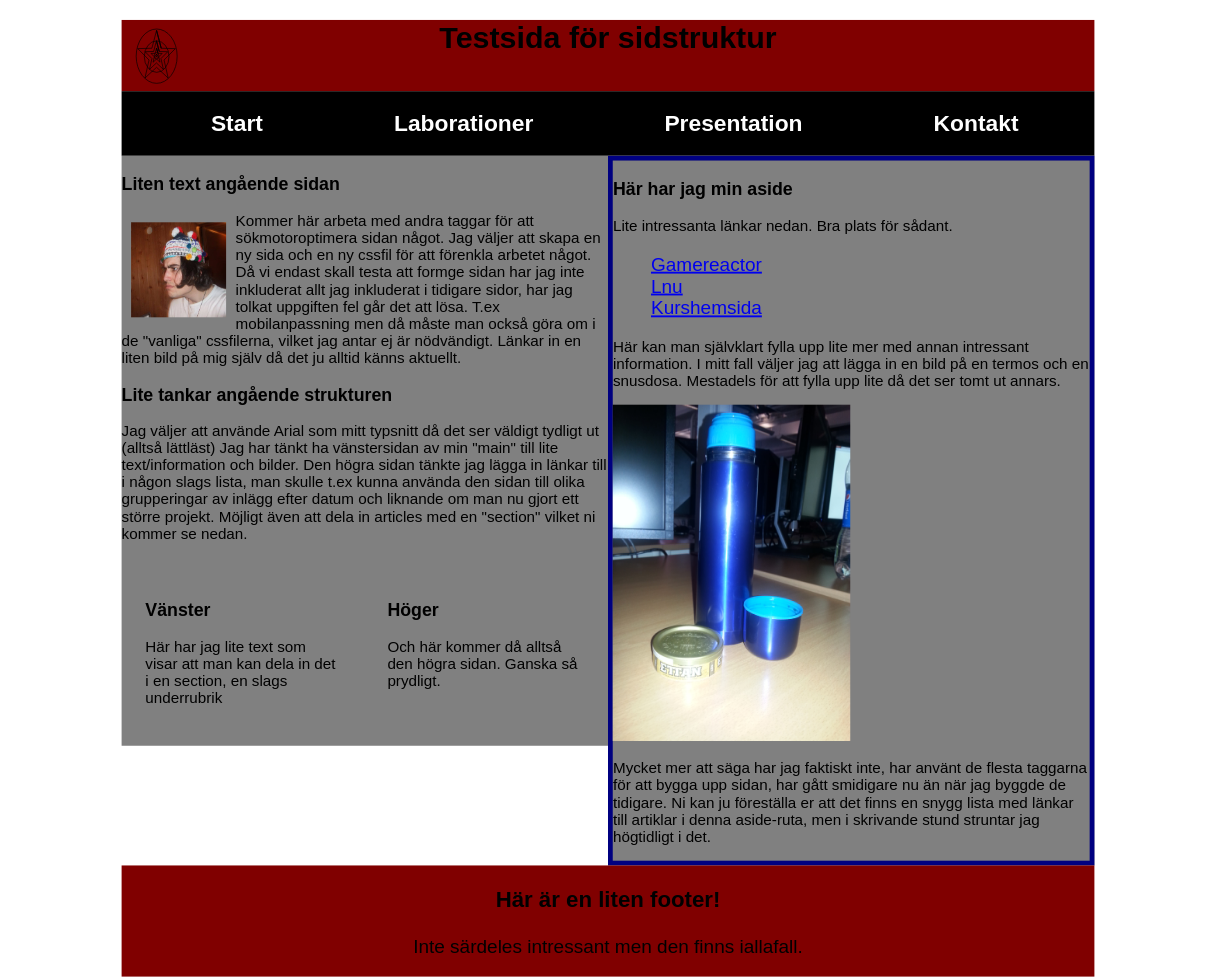
Repository: ao222qc/1IK415_ao222qc_copycat
Page: pages/testsida.html
The author's editor kept a record of every edit. The page is drawn from the files as they stood at one moment, then again after the next edit.
The browser window is 1280 px wide. The pictures show the whole page, at 95% of full size.

Above is the page before.

### pages/testsida.html
<!doctype html>
<html lang="sv">
    <head>
        <meta charset = "utf-8">
        <title>Bloggindex</title>
        <link rel="stylesheet" href="../pics/css/testsida.css" media="screen">
        <link rel="stylesheet" href="../pics/css/print.css" media="print">
        <link rel="stylesheet" href="../pics/css/mobile.css" media="screen and (max-device-width: 480px") />
        <meta content='width=device-width; initial-scale=1.0; maximum-scale=1.0; user-scalable=0;' name='viewport' />
        <link rel="icon"  type="image/x-icon" href="/pics/fav.ico" />
        <link rel="shortcut icon" href="/pics/iosicon.png"/>
         <link rel="apple-touch-icon" href="/pics/iosicon.png"/>
    </head>
<body>
    <Header>
        <h1>Testsida för sidstruktur</h1>
    </Header>
    <Nav>
            <ul>
            <li><a class="index" href="../index.html">Start</a></li>
            <li><a class="laborationer" href="laborationer.html">Laborationer</a></li>
            <li class="active"><a class="presentation" href="presentation.html">Presentation</a></li>
            <li><a class="kontakt" href="kontakt.html">Kontakt</a></li>
            </ul>
    </Nav>


    <Main>
    <Article>
    <h3>Liten text angående sidan</h3>
    <img class="left" src="../pics/labbild.jpg" height=100px width = 100px alt=""/>
    <p>Kommer här arbeta med andra taggar för att sökmotoroptimera sidan något.
       Jag väljer att skapa en ny sida och en ny cssfil för att förenkla arbetet något.
       Då vi endast skall testa att formge sidan har jag inte inkluderat allt jag inkluderat
       i tidigare sidor, har jag tolkat uppgiften fel går det att lösa. T.ex mobilanpassning
       men då måste man också göra om i de "vanliga" cssfilerna, vilket jag antar ej är nödvändigt.
       Länkar in en liten bild på mig själv då det ju alltid känns aktuellt.
    </p>


    <h3>Lite tankar angående strukturen</h3>
    <p>Jag väljer att använde Arial som mitt typsnitt då det ser väldigt tydligt ut (alltså lättläst)
       Jag har tänkt ha vänstersidan av min "main" till lite text/information och bilder. Den högra sidan
       tänkte jag lägga in länkar till i någon slags lista, man skulle t.ex kunna använda den sidan till
       olika grupperingar av inlägg efter datum och liknande om man nu gjort ett större projekt. Möjligt
       även att dela in articles med en "section" vilket ni kommer se nedan.
       <Section>
       <h3>Vänster</h3>
           <p>Här har jag lite text som visar att man kan dela in det i en section, en slags underrubrik</p>
       </Section>
       <Section>
       <h3>Höger</h3>
           <p>Och här kommer då alltså den högra sidan. Ganska så prydligt.</p>
       </Section>
    </p>
    </Article>
<Aside>
<h3>Här har jag min aside</h3>
<p>Lite intressanta länkar nedan. Bra plats för sådant.</p>
    <ul>
    <a href="http://www.gamereactor.se/">Gamereactor</a>
    <a href="http://lnu.se/">Lnu</a>
    <a href="https://coursepress.lnu.se/">Kurshemsida</a>
    </ul>

    <p>Här kan man självklart fylla upp lite mer med annan intressant information.
        I mitt fall väljer jag att lägga in en bild på en termos och en snusdosa.
        Mestadels för att fylla upp lite då det ser tomt ut annars.
    </p>
    <img class="right" src="../pics/bloggbild.jpg" height=354px width=250px alt=""/>
    <p>Mycket mer att säga har jag faktiskt inte, har använt de flesta taggarna för
        att bygga upp sidan, har gått smidigare nu än när jag byggde de tidigare.
        Ni kan ju föreställa er att det finns en snygg lista med länkar till artiklar
        i denna aside-ruta, men i skrivande stund struntar jag högtidligt i det.
    </p>
</Aside>
<Footer>
    <h3>Här är en liten footer!</h3>
    <p>Inte särdeles intressant men den finns iallafall.</p>
</Footer>

















    </Main>
</body>

### pics/css/testsida.css
body
{
    margin: 0 auto;
    width:1024px;
    height:auto;
    font-family:Arial;
}
Header
{
    text-align:center;
    background-color:Maroon;
    height:75px;
    background-image: url("../vektorgrafik.svg");
    background-size:75px 75px;
    background-repeat:no-repeat;
}
Nav
{
    font-size: 150%;
    font-weight: bold;
    background-color: black;
    width:1024px;
    display:block;
    float:left;
}
    Nav ul
    {
    list-style-type: none;
    margin: 0;
    padding: 0;
    }

    Nav ul li a
    {
    text-decoration: none;
    padding: 24px 24px;
    color: white;
    text-align:center;
    }

Nav ul li
{
    float:left;
    margin:20px;
    margin-left:70px;
}
Nav ul li a:hover
{
  color:Maroon;
}


Main
{
    margin: 0 auto;
    float:left;
}
Article
{
    float:left;
    width:50%;
    height:auto;
    background-color:gray;
}
Section
{
    width:40%;
    float:left;
    margin:25px;
}
.left
{
    margin:5px;
    padding:5px;
    float:left;
}
Aside
{
    width:49%;
    float:right;
    background-color:Gray;
    border-style:solid;
    border-color:Navy;
    border-width:5px;
    height:auto;
}
Aside ul
{

    width:1%;
    font-size:125%;
    text-decoration:none;

}
Aside ul li
{
    width:50px;
    float:left;
    padding:30px;
    margin:25px;
}
Footer
{
    font-size:125%;
    float:left;
    width:100%;
    background-color:Maroon;
    text-align:center;
}

### pics/css/print.css
body
{
  color : #000000;
  background : #ffffff;
  font-family : "Times New Roman", Times, serif;
  font-size : 12pt;
}
#navigation
{
    display: none;
}
img
{
    display:none;
    visibility: hidden;
}

a:link:after,
a:visited:after
{
    font-size : 12pt;
    content: " ("attr(href) ") ";
}

### pics/css/mobile.css
@media screen and (min-device-width: 320px) and (max-device-width: 480px) {

#background
{
    min-width:320px;
    max-width:100%;
    max-height:100%;
}

body
{
    margin:0; padding:0;
}

table
{
    margin-left:2px;
}

#header
{
    min-width:320px;
    max-width:100%;
    text-align:center;
    background-size: 50px, 50px;
    height:auto;
}
#navigation
{
   min-width:100%;
    max-width:100%;
    float:none;
    text-align:center;
    display:block;
}

#content
{
  min-width:320px;
  max-width:100%;
  padding: 0;
  margin: 0;
}

#vektorgrafik
{
    float:none;
    height:300px;
    width:300px;
}

#mittnylle
{
    height:300px;
    width:300px;
}

#loga
{
    height:300px;
    width:330px;
}

#footer
{
    min-width:320px;
    max-width:100%;
    font-size:85%;
    background-position:right;
    text-align:left;
}

ol dl
{
    font-size:85%;
}




















}

After the next edit:
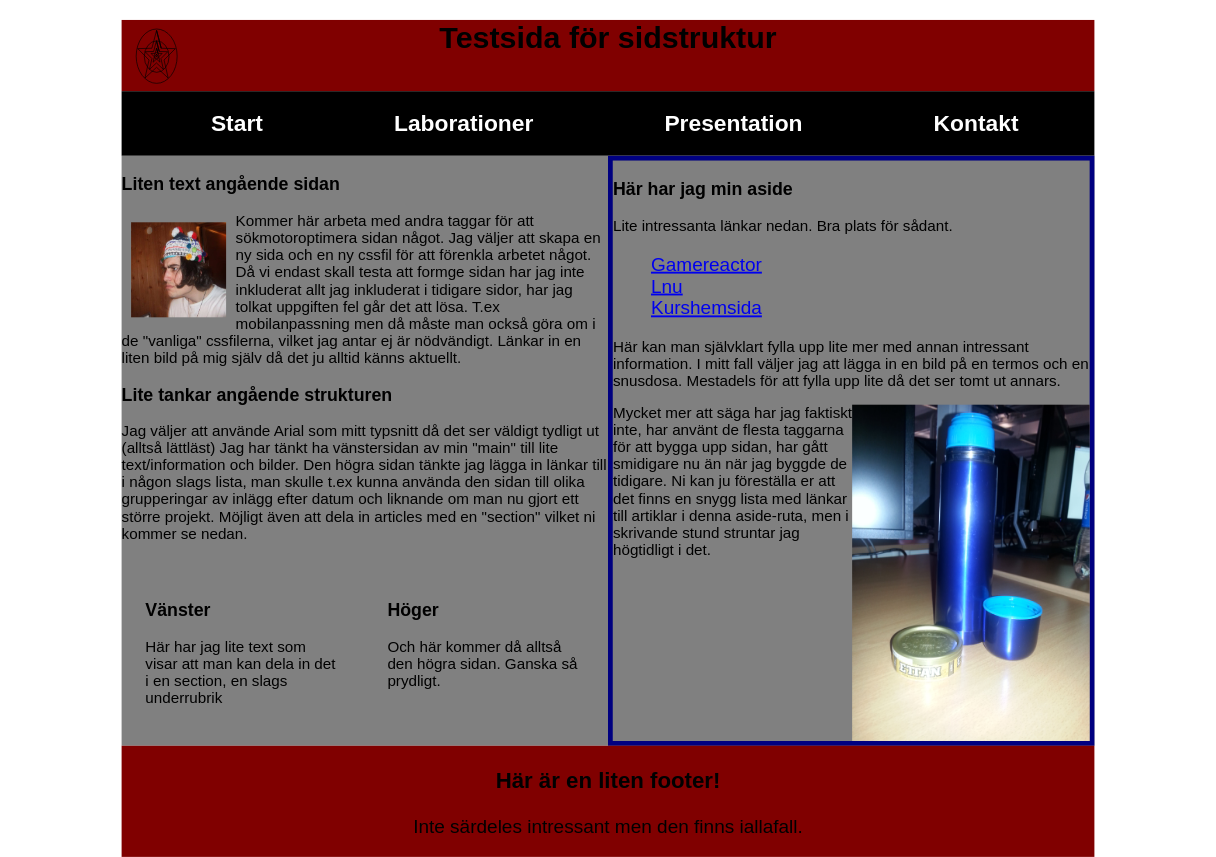
The edit:
--- a/pics/css/testsida.css
+++ b/pics/css/testsida.css
@@ -74,6 +74,10 @@
     padding:5px;
     float:left;
 }
+.right
+{
+    float:right;
+}
 Aside
 {
     width:49%;
